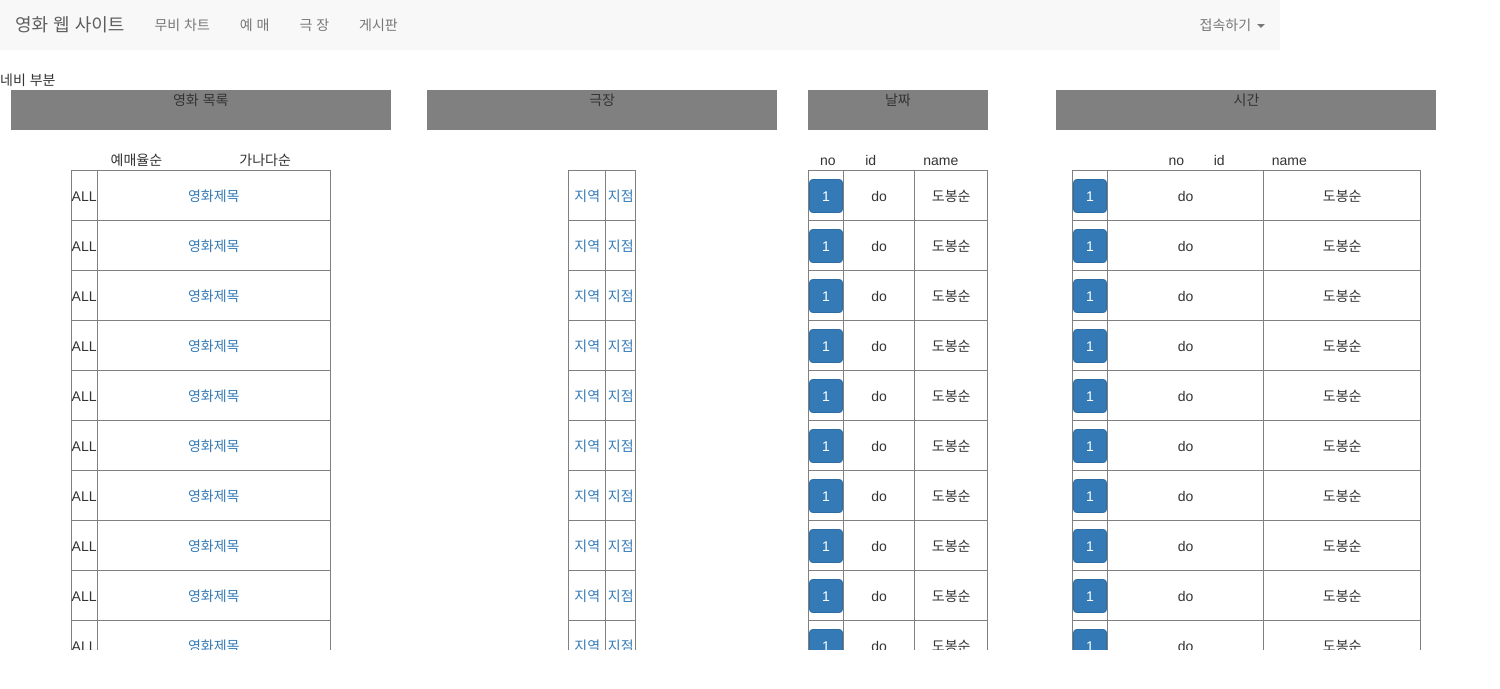
Repository: Gotaemin/java
Page: http://localhost/BBS/movieReserve.jsp
An editor plug-in stored every save of this project. The page is shown before and after the next save, followed by the edit.
The browser window is 1280 px wide. The page is 1500 px wide, so the pictures cover 1500 px, including what lies to the right of the window. The pictures show the whole page.
Some web libraries are served in a nearby version. The page is served by Tomcat 9.

Above is the page before, as saved 2020-03-16 13:23:26.

After the next save:
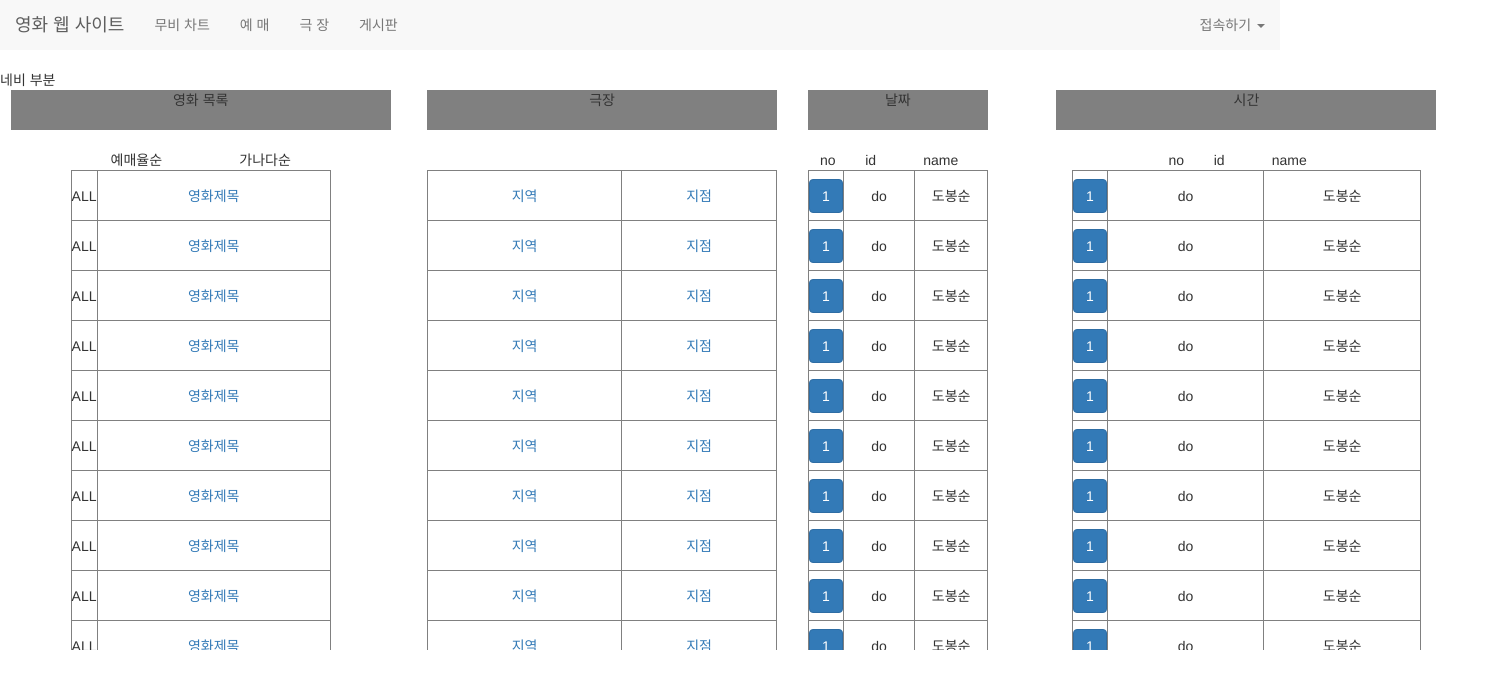
Saved 16 s later.
--- a/BBS/BBS/WebContent/movieReserve.jsp
+++ b/BBS/BBS/WebContent/movieReserve.jsp
@@ -178,7 +178,7 @@ tr{
 
 						<br>
 						<div>
-							<table style="height: 350px;">
+							<table style="width: 350px;">
 								<colgroup>
 									<col width="50%">
 									<col width="40%">
